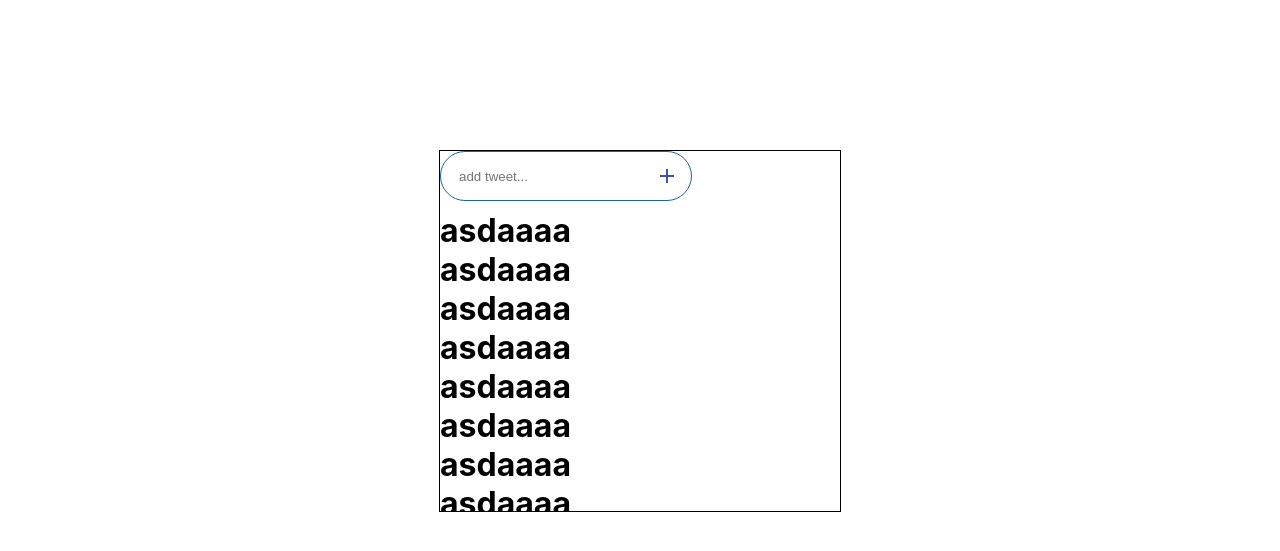
Repository: ehabmelhem/FullStack_Tweetapp
Page: /tweet (app in tweet-app-demo/)
These files come from the project's save history. The page is drawn as it stood at one moment and after the next save; the edit follows.
The browser window is 1280 px wide. The pictures show the whole page.
The project was rebuilt for these pictures with package versions that can differ from the ones it lists, and the page was loaded fresh each time. A package was used in the major version that the imports need, not the one package.json lists. Also part of the build but not shown: tweet-app-demo/src/Componets/Gotweet.js, tweet-app-demo/src/Componets/Login.css, tweet-app-demo/src/Componets/Login.js, tweet-app-demo/src/Componets/SignUp.css, tweet-app-demo/src/Componets/SignUp.js.

Above is the page before, as saved 2021-01-28 19:54:22.

After the next save:
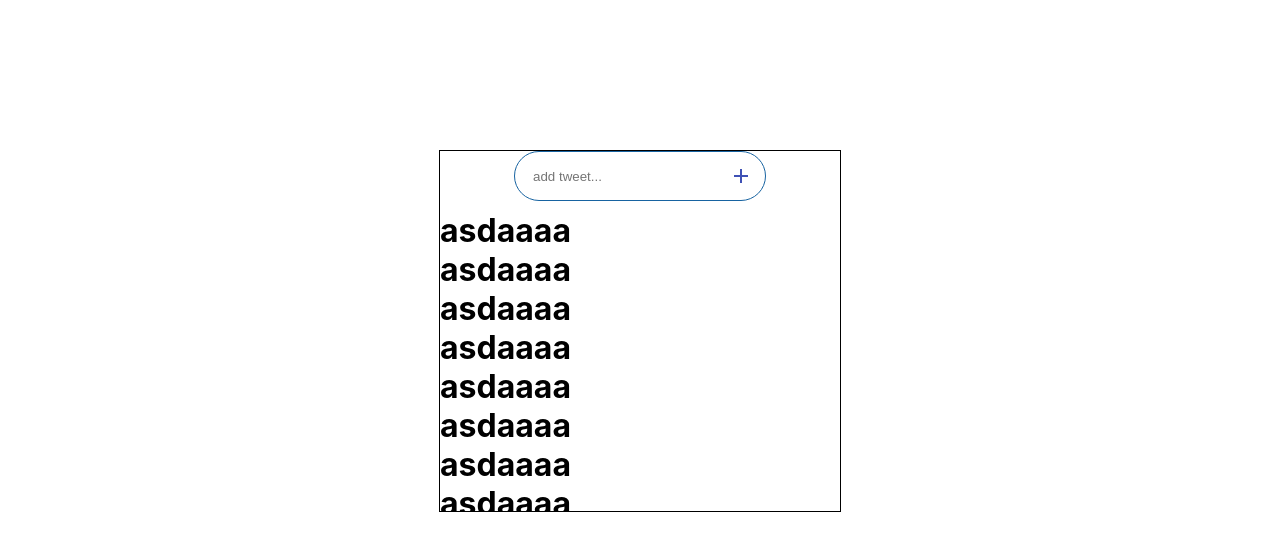
Saved 5 s later.
--- a/tweet-app-demo/src/Componets/Tweet.css
+++ b/tweet-app-demo/src/Componets/Tweet.css
@@ -1,6 +1,6 @@
 .tweet__form {
-
-    width: fit-content;
+  margin: 0 auto;
+  width: fit-content;
   display: flex;
   align-items: center;
   border: 1px solid rgb(23, 99, 161);
